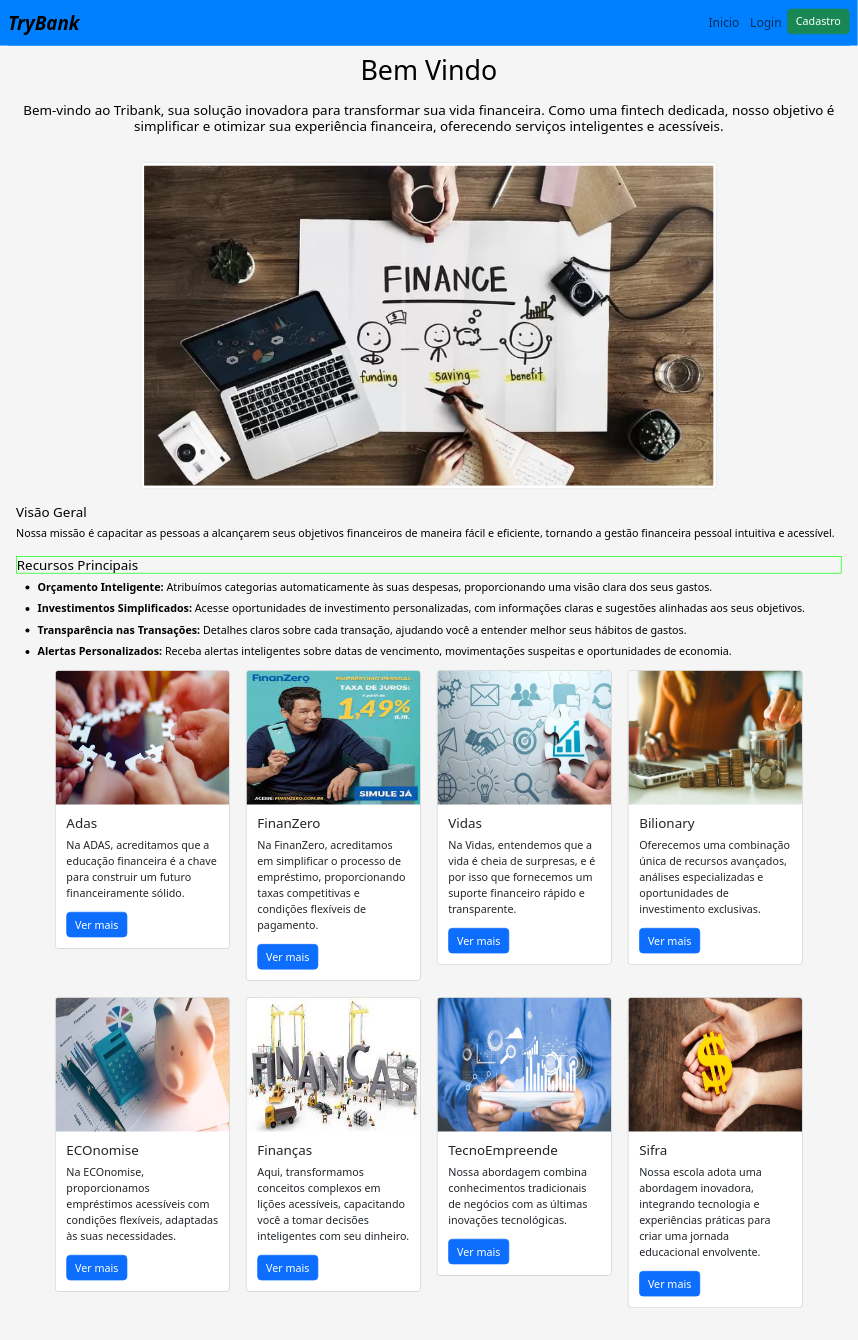
Repository: Rara05/FintechJava-Fiap
Page: http://localhost/Fintech/home.jsp
The author's editor kept a copy of each file at every save. The page is drawn from the files as they stood at one save, then again after the next save.
The browser window is 1280 px wide. The pictures show the whole page, at 67% of full size.
The page is served by Tomcat 10. Other server files are loaded and not shown.

Above is the page before, as saved 2023-11-10 22:59:55.

### Fintech/WebContent/home.jsp
<%@ page language="java" contentType="text/html; charset=ISO-8859-1" pageEncoding="ISO-8859-1"%>
<!DOCTYPE html PUBLIC "-//W3C//DTD HTML 4.01 Transitional//EN" "http://www.w3.org/TR/html4/loose.dtd">
<html>
<head>
    <meta http-equiv="Content-Type" content="text/html; charset=ISO-8859-1">

    <!-- link css -->
    <link rel="stylesheet" type="text/css" href="modelo.css">

    <title>TryBank</title>
    <%@ include file="header.jsp" %>

</head>
<body class="princ">

<%@ include file="menu.jsp" %>

<div class="container-fluid">

    <h1 class="text-center" style="margin-top: 12px;" >Bem Vindo</h1>




    <h5 class="text-center" style="margin-top: 24px; margin-bottom: 20px;">

      Bem-vindo ao Tribank, sua solução inovadora para transformar sua vida financeira.
      Como uma fintech dedicada, nosso objetivo é simplificar e otimizar sua experiência financeira, oferecendo serviços inteligentes e acessíveis.

    </h5>

    <p class="text-center">
        <img src="./img/Taunb.png" class="img-fluid img-thumbnail" style="margin-top: 22px;">
    </p>




<div class="container-fluid" >

      	<h5 style="margin-top: 22px; ">Visão Geral</h5>

      <p>

      Nossa missão é capacitar as pessoas a alcançarem seus objetivos financeiros de maneira fácil e eficiente,
      tornando a gestão financeira pessoal intuitiva e acessível.

      </p>



		<h5 class="recurso" style="margin-top: 22px; border: 1px solid #00ff00;">Recursos Principais</h5>
    <ul>
        <li style="margin-top: 8px;"><strong>Orçamento Inteligente:</strong> Atribuímos categorias automaticamente às suas despesas, proporcionando uma visão clara dos seus gastos.</li>
        <li style="margin-top: 8px;"><strong>Investimentos Simplificados:</strong> Acesse oportunidades de investimento personalizadas, com informações claras e sugestões alinhadas aos seus objetivos.</li>
        <li style="margin-top: 8px;"><strong>Transparência nas Transações:</strong> Detalhes claros sobre cada transação, ajudando você a entender melhor seus hábitos de gastos.</li>
        <li style="margin-top: 8px;"><strong>Alertas Personalizados:</strong> Receba alertas inteligentes sobre datas de vencimento, movimentações suspeitas e oportunidades de economia.</li>
    </ul>

</div>



<!-- cards propagandas  -->

<div class="container" style="margin-top: 12px; margin-bottom: 24px;">
    <div class="row justify-content-center">
        <div class="col-sm-12 col-md-6 col-lg-4 col-xl-3"style= "margin-bottom: 24px">
            <div class="card">
                <img src="./img/adas.png" class="card-img-top" alt="..." style="width: 100%; height: 200px;">
                <div class="card-body">
                    <h5 class="card-title">Adas</h5>
                    <p class="card-text">Na ADAS, acreditamos que a educação financeira é a chave para construir um futuro financeiramente sólido.</p>
                    <a href="#" class="btn btn-primary">Ver mais</a>
                </div>
            </div>
        </div>

        <div class="col-sm-12 col-md-6 col-lg-4 col-xl-3"style= "margin-bottom: 24px">
            <div class="card">
                <img src="./img/selso.png" class="card-img-top" alt="..." style="width: 100%; height: 200px;">
                <div class="card-body">
                    <h5 class="card-title">FinanZero</h5>
                    <p class="card-text">Na FinanZero, acreditamos em simplificar o processo de empréstimo, proporcionando taxas competitivas e condições flexíveis de pagamento.</p>
                    <a href="#" class="btn btn-primary">Ver mais</a>
                </div>
            </div>
        </div>

        <div class="col-sm-12 col-md-6 col-lg-4 col-xl-3"style= "margin-bottom: 24px">
            <div class="card">
                <img src="./img/vidas.png" class="card-img-top" alt="..." style="width: 100%; height: 200px;">
                <div class="card-body">
                    <h5 class="card-title">Vidas</h5>
                    <p class="card-text">Na Vidas, entendemos que a vida é cheia de surpresas, e é por isso que fornecemos um suporte financeiro rápido e transparente.</p>
                    <a href="#" class="btn btn-primary">Ver mais</a>
                </div>
            </div>
        </div>

        <div class="col-sm-12 col-md-6 col-lg-4 col-xl-3"style= "margin-bottom: 24px">
            <div class="card">
                <img src="./img/Bilionary.png" class="card-img-top" alt="..." style="width: 100%; height: 200px;">
                <div class="card-body">
                    <h5 class="card-title">Bilionary</h5>
                    <p class="card-text">Oferecemos uma combinação única de recursos avançados, análises especializadas e oportunidades de investimento exclusivas. </p>
                    <a href="#" class="btn btn-primary">Ver mais</a>
                </div>
            </div>
        </div>
        <div class="col-sm-12 col-md-6 col-lg-4 col-xl-3"style= "margin-bottom: 24px">
            <div class="card">
                <img src="./img/ECOnomise.png" class="card-img-top" alt="..." style="width: 100%; height: 200px;">
                <div class="card-body">
                    <h5 class="card-title">ECOnomise</h5>
                    <p class="card-text">Na ECOnomise, proporcionamos empréstimos acessíveis com condições flexíveis, adaptadas às suas necessidades.</p>
                    <a href="#" class="btn btn-primary">Ver mais</a>
                </div>
            </div>
        </div>
        <div class="col-sm-12 col-md-6 col-lg-4 col-xl-3"style= "margin-bottom: 24px">
            <div class="card">
                <img src="./img/Financas.png" class="card-img-top" alt="..." style="width: 100%; height: 200px;">
                <div class="card-body">
                    <h5 class="card-title">Finanças</h5>
                    <p class="card-text">Aqui, transformamos conceitos complexos em lições acessíveis, capacitando você a tomar decisões inteligentes com seu dinheiro.</p>
                    <a href="#" class="btn btn-primary">Ver mais</a>
                </div>
            </div>
        </div>
        <div class="col-sm-12 col-md-6 col-lg-4 col-xl-3"style= "margin-bottom: 24px">
            <div class="card">
                <img src="./img/tecnologia.jpg" class="card-img-top" alt="..." style="width: 100%; height: 200px;">
                <div class="card-body">
                    <h5 class="card-title">TecnoEmpreende</h5>
                    <p class="card-text">Nossa abordagem combina conhecimentos tradicionais de negócios com as últimas inovações tecnológicas.</p>
                    <a href="#" class="btn btn-primary">Ver mais</a>
                </div>
            </div>
        </div>
        <div class="col-sm-12 col-md-6 col-lg-4 col-xl-3"style= "margin-bottom: 24px">
            <div class="card">
                <img src="./img/Sifra.png" class="card-img-top" alt="..." style="width: 100%; height: 200px;">
                <div class="card-body">
                    <h5 class="card-title">Sifra</h5>
                    <p class="card-text">Nossa escola adota uma abordagem inovadora, integrando tecnologia e experiências práticas para criar uma jornada educacional envolvente.</p>
                    <a href="#" class="btn btn-primary">Ver mais</a>
                </div>
            </div>
        </div>
    </div>
</div>

<%@ include file="footer.jsp" %>
</body>
</html>

### Fintech/WebContent/header.jsp
<link rel="stylesheet" type="text/css" href="resources/css/bootstrap.min.css">

### Fintech/WebContent/menu.jsp
<div id="marge" class="container-fluid">
<nav id="navegacao" class="navbar navbar-expand-lg ">

<!--inicio logo -->
      <a id="logo" class="navbar-brand" href="#">TryBank</a>
<!-- Fim da logo   -->

<!-- inicio Nav -->
    <button class="navbar-toggler" type="button" data-bs-toggle="collapse" data-bs-target="#navbarTogglerDemo01" aria-controls="navbarTogglerDemo01" aria-expanded="false" aria-label="Toggle navigation">
      <span class="navbar-toggler-icon"></span>
    </button>
    <div class="collapse navbar-collapse" id="navbarTogglerDemo01">
      <ul class="navbar-nav me-auto mb-2 mb-lg-0">

      </ul>
      <div  class="d-flex">
        <ul class="navbar-nav me-auto mb-2 mb-lg-0">
        <li class="nav-item">
          <a class="nav-link" href="#">Inicio</a>
        </li>
        <li class="nav-item">
          <a class="nav-link" href="#">Login</a>
        </li>
        <li class="nav-item">
          <a class="btn btn-success" href="#">Cadastro</a>
        </li>
        </ul>
      </div>
    </div>
</nav>
  </div>
<!-- fim da Nave -->

### Fintech/WebContent/footer.jsp
<script type="text/javascript" src="resources/js/jquery-3.7.1.min.js"></script>
<script type="text/javascript" src="resources/js/bootstrap.min.js"></script>

### Fintech/WebContent/modelo.css
@charset "ISO-8859-1";
/*Estilo do menu*/
#marge{
	background-color: rgb(0, 128, 255);

}


#navegacao {
	background-color: rgb(0, 128, 255);

}

#navbarTogglerDemo01{
	margin-left: 14px ;

}

.nav-item {
	font-size: 18px;
	font-weight: 500;
}

#logo {

    font-size: 28px;
    font-weight: 700;
    font-style: italic;
}



/*Estilo da Home*/
.princ {
	color:rgb(0, 0, 0);
	background-color: rgb(245, 245, 245);
}

.recurso{

	border: 2px dashed #00ff00;

}

Loaded but not shown: Fintech/WebContent/resources/css/bootstrap.min.css (library); Fintech/WebContent/resources/js/jquery-3.7.1.min.js (library); Fintech/WebContent/resources/js/bootstrap.min.js (library)

After the next save:
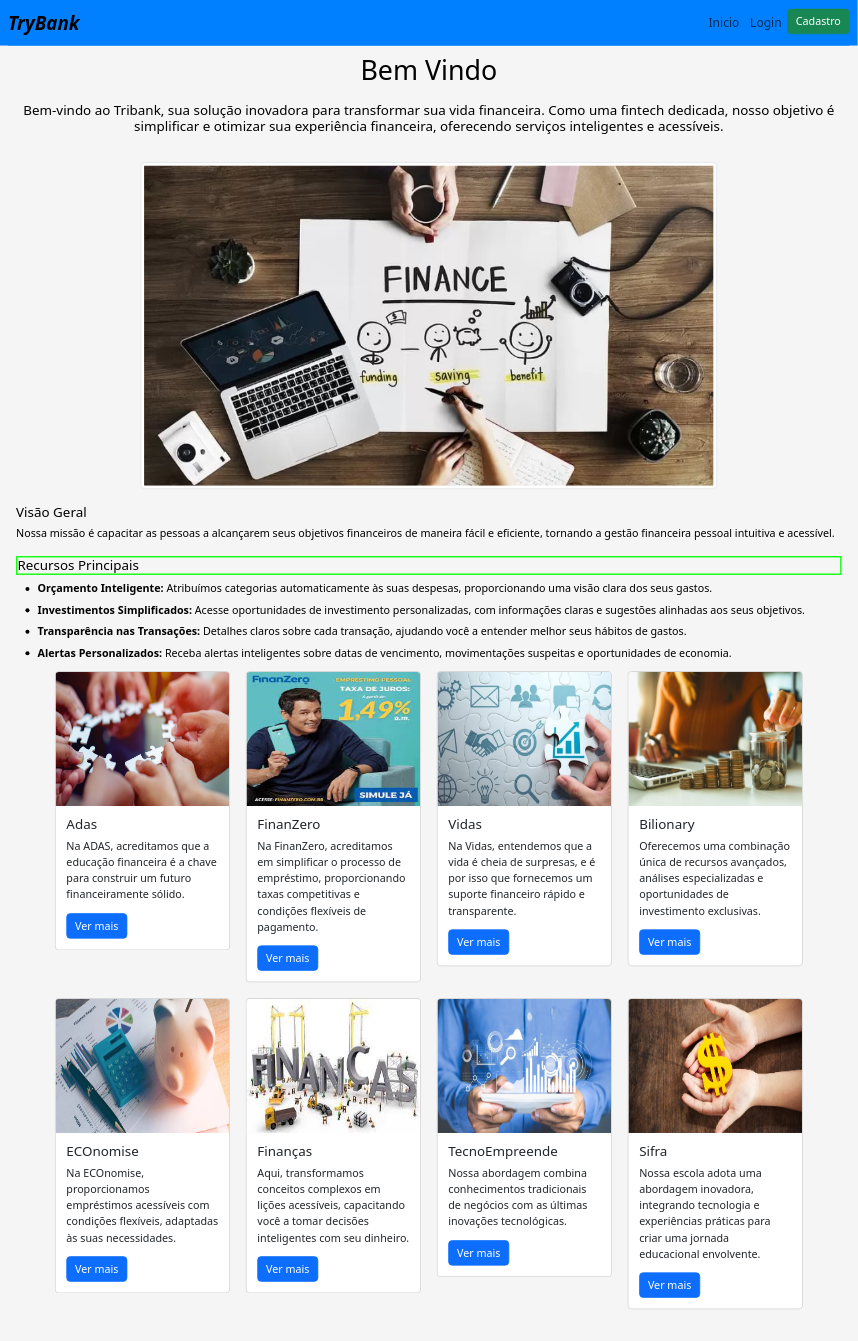
Saved 13 s later.
--- a/Fintech/WebContent/home.jsp
+++ b/Fintech/WebContent/home.jsp
@@ -49,7 +49,7 @@
 
 
 
-		<h5 class="recurso" style="margin-top: 22px; border: 1px solid #00ff00;">Recursos Principais</h5>
+		<h5 class="recurso" style="margin-top: 22px; border: 2px solid #00ff00;">Recursos Principais</h5>
     <ul>
         <li style="margin-top: 8px;"><strong>Orçamento Inteligente:</strong> Atribuímos categorias automaticamente às suas despesas, proporcionando uma visão clara dos seus gastos.</li>
         <li style="margin-top: 8px;"><strong>Investimentos Simplificados:</strong> Acesse oportunidades de investimento personalizadas, com informações claras e sugestões alinhadas aos seus objetivos.</li>
